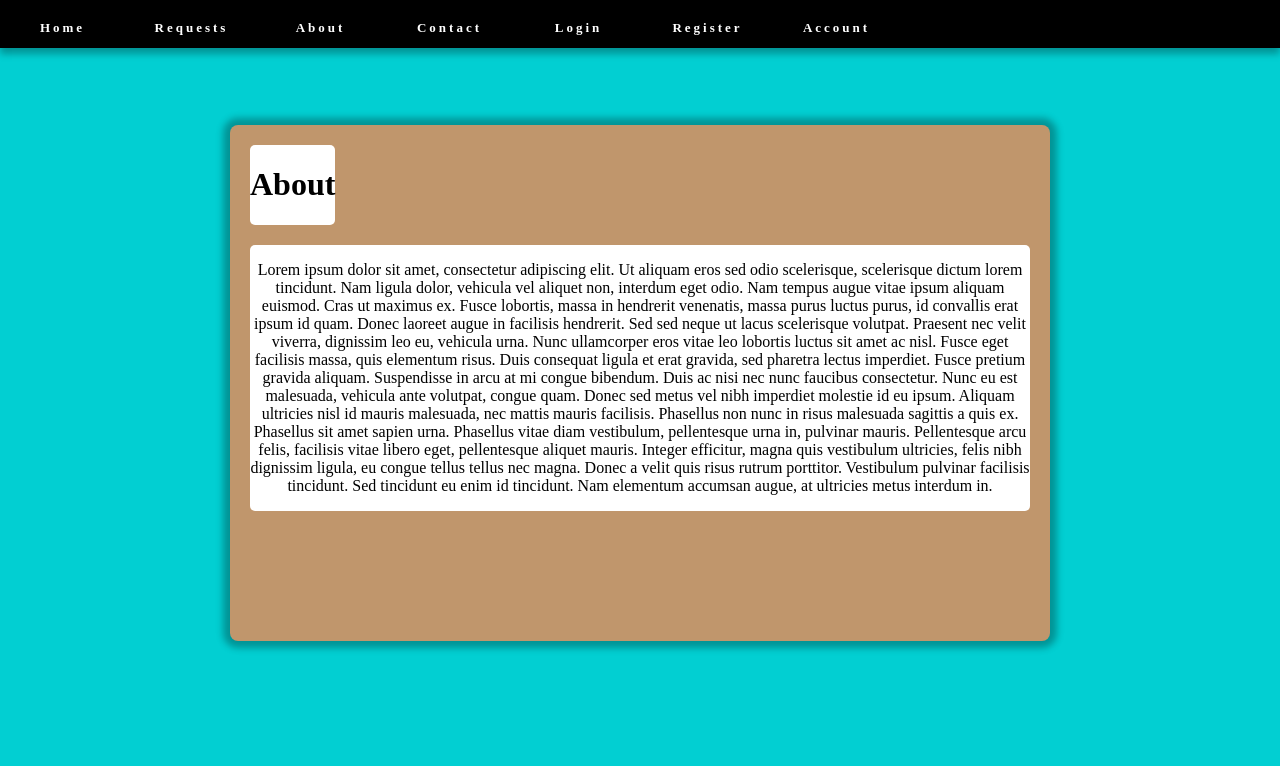
Repository: mailog/Tomorrow
Page: http://localhost/about
An editor plug-in stored every save of this project. The page is shown before and after the next save, followed by the edit.
The browser window is 1280 px wide. The pictures show the whole page.
The page is this project's Thymeleaf template; nobody is signed in. The template is opened directly, without the code that normally fills it, so the values that code supplies are empty.

Above is the page before, as saved 2017-07-30 06:16:31.

### Tomorrow/src/main/resources/templates/about.html
<html xmlns:th="http://www.thymeleaf.org">
<head>
<title>About</title>
<link rel="stylesheet" type="text/css" href="/css/toolbar.css" />
<link rel="stylesheet" type="text/css" href="/css/about.css" />
</head>
<body>

<div class = "toolbar">
	<a href = "/">
		<button class = "tool_button"> Home </button>
	</a>
	<a href = "/requests">
		<button class = "tool_button"> Requests </button>
	</a>
	<a href = "/about">
		<button class = "tool_button"> About </button>
	</a>
	<a href = "/contact">
		<button class = "tool_button"> Contact </button>
	</a>
	<a href = "/login">
		<button class = "tool_button"> Login </button>
	</a>
	<a href = "/register">
		<button class = "tool_button"> Register </button>
	</a>
	<a href = "/account">
		<button class = "tool_button"> Account </button>
	</a>
</div>

<div id = "about">
	<div class = "label">
		<h1>About</h1>
	</div>
	<div class = "label">
		<p>
	Lorem ipsum dolor sit amet, consectetur adipiscing elit. Ut aliquam eros sed odio scelerisque, scelerisque dictum lorem tincidunt. Nam ligula dolor, vehicula vel aliquet non, interdum eget odio. Nam tempus augue vitae ipsum aliquam euismod. Cras ut maximus ex. Fusce lobortis, massa in hendrerit venenatis, massa purus luctus purus, id convallis erat ipsum id quam. Donec laoreet augue in facilisis hendrerit. Sed sed neque ut lacus scelerisque volutpat. Praesent nec velit viverra, dignissim leo eu, vehicula urna. Nunc ullamcorper eros vitae leo lobortis luctus sit amet ac nisl. Fusce eget facilisis massa, quis elementum risus. Duis consequat ligula et erat gravida, sed pharetra lectus imperdiet. Fusce pretium gravida aliquam. Suspendisse in arcu at mi congue bibendum. Duis ac nisi nec nunc faucibus consectetur. Nunc eu est malesuada, vehicula ante volutpat, congue quam.

	Donec sed metus vel nibh imperdiet molestie id eu ipsum. Aliquam ultricies nisl id mauris malesuada, nec mattis mauris facilisis. Phasellus non nunc in risus malesuada sagittis a quis ex. Phasellus sit amet sapien urna. Phasellus vitae diam vestibulum, pellentesque urna in, pulvinar mauris. Pellentesque arcu felis, facilisis vitae libero eget, pellentesque aliquet mauris. Integer efficitur, magna quis vestibulum ultricies, felis nibh dignissim ligula, eu congue tellus tellus nec magna. Donec a velit quis risus rutrum porttitor. Vestibulum pulvinar facilisis tincidunt. Sed tincidunt eu enim id tincidunt. Nam elementum accumsan augue, at ultricies metus interdum in.
		</p>
	</div>
</div>
</body>
</html>

### Tomorrow/src/main/resources/static/css/toolbar.css
/*------------------STATIC------------------*/
/*------------------------------------------*/

/*-------------------BODY-------------------*/

	body{
		background-color: #02CFD2;
		color: white;
	}


/*------------------------------------------*/

/*---------------TOOLBAR--------------------*/
	.toolbar{
		width:100%;
		height: 48px;
		z-index: 1;
		opacity: 1;
		position: absolute;
		left: 0px;
		top: 0px;
		float: center;
		padding 0 0 0 0;
		margin-left:auto;
		margin-right:auto;
		background-color: black;
		-webkit-box-shadow: 0px 6px 7px 0px rgba(0,0,0,0.29);
		-moz-box-shadow: 0px 6px 7px 0px rgba(0,0,0,0.29);
		box-shadow: 0px 6px 7px 0px rgba(0,0,0,0.29);
	}

	.tool_button{
		height: 35px;
		width: 125px;
		display:inline;
		background-color: black;
		color:white;
		padding: 0px;
		font-family: Browalia-New;
		font-size: 13px;
		font-weight:bold;
		letter-spacing: 3px;
		border:none;
		cursor: pointer;
		margin-top: 10px;
		margin-bottom: 6px;
		margin-right: 0px;
		margin-left: 0px;
		border-bottom-style: none;
		text-decoration:none;
	}

	.tool_button:hover{
		text-decoration:none;
		border-bottom-style: solid;
		border-bottom-width:3px;
		border-bottom-color:#FFFFFF;
	}

	.toolbar a{
		text-decoration:none;
	}

/*------------------------------------------*/

/*-----------------BUTTONS------------------*/
	.introbtn{}

	.tutorialbtn{
	}

	.registerbtn{
	}

/*------------------------------------------*/

/*------------------INFO--------------------*/

/*------------------------------------------*/

### Tomorrow/src/main/resources/static/css/about.css
#about
{
	border-radius:8px;
	text-align:center;
	margin-left:auto;
	margin-right:auto;
	background-color:#C0966C;
	position: relative;
	margin: 125px auto;
	color:white;
	height:496px;
	width: 800px;
	padding: 10px;
	-webkit-box-shadow: 0px 0px 7px 7px rgba(0,0,0,0.29);
	-moz-box-shadow: 0px 0px 7px 7px rgba(0,0,0,0.29);
	box-shadow: 0px 0px 7px 7px rgba(0,0,0,0.29);
}

.label
{
	border-radius: 5px;
	float:left;
	background-color:white;
	color:black;
	margin: 10px;
	padding: -3px 5px -3px 5px;
}

After the next save:
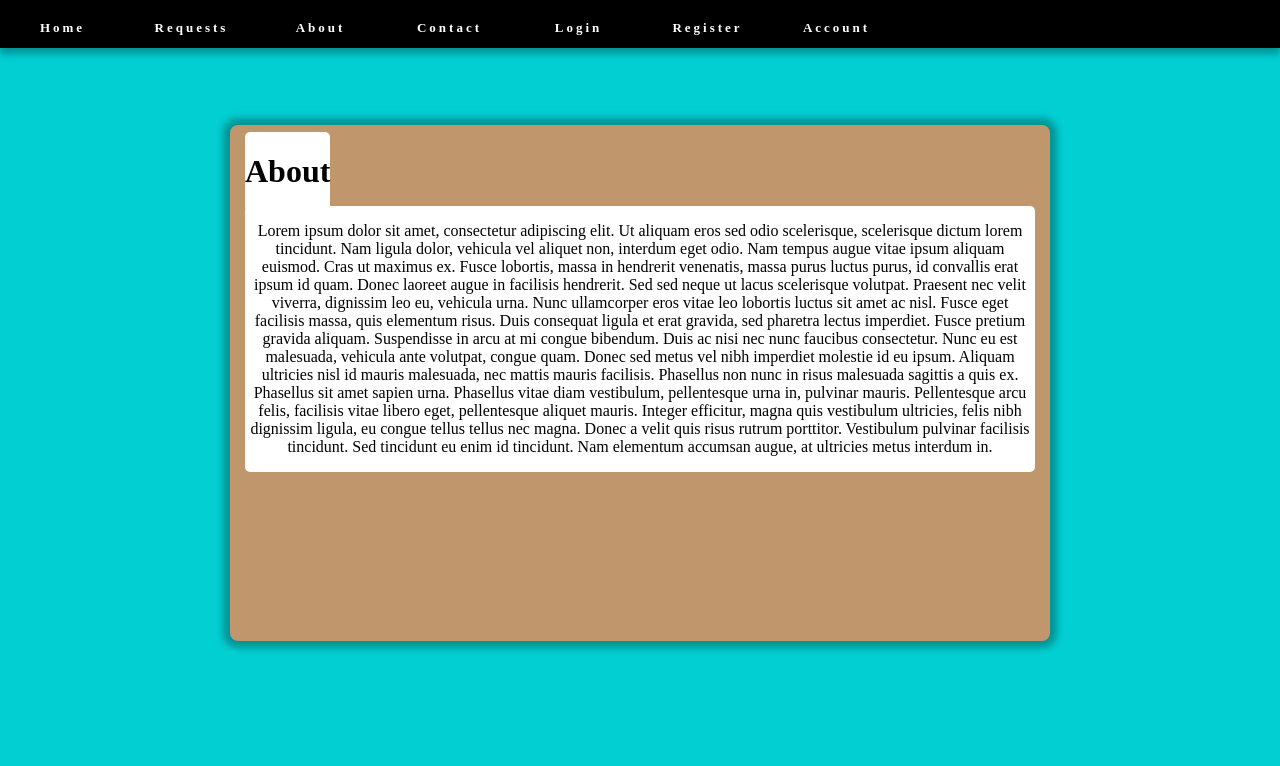
Saved 51 s later.
--- a/Tomorrow/src/main/resources/static/css/about.css
+++ b/Tomorrow/src/main/resources/static/css/about.css
@@ -22,6 +22,5 @@
 	float:left;
 	background-color:white;
 	color:black;
-	margin: 10px;
-	padding: -3px 5px -3px 5px;
+	margin: -3px 5px -3px 5px;
 }
